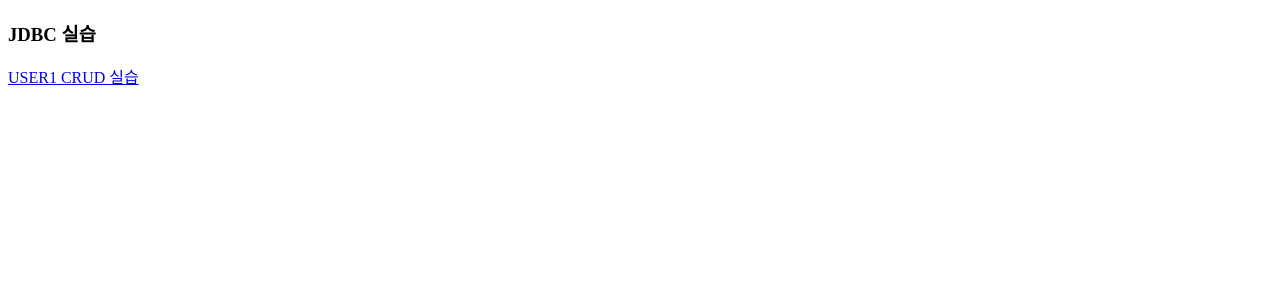
Repository: SubinCheon-95/Jsp
Page: http://localhost/ch05/jdbc.jsp
These files come from the project's save history. The page is drawn as it stood at one moment and after the next save; the edit follows.
The browser window is 1280 px wide. The pictures show the whole page.
The page is served by Tomcat 9. Other server files are loaded and not shown.

Above is the page before, as saved 2025-07-29 07:27:51.

### ch05/src/main/webapp/jdbc.jsp
<%@ page contentType="text/html; charset=UTF-8" pageEncoding="UTF-8"%>
<!DOCTYPE html>
<html>
	<head>
		<meta charset="UTF-8">
		<title>Insert title here</title>
		<!--
			날짜 : 2025/07/29
			이름 : 천수빈
			내용 : JDBC 실습하기
		-->
	</head>
	<body>
		<h3>JDBC 실습</h3>

		<a href="./user1/list.jsp">USER1 CRUD 실습</a>

	</body>
</html>

After the next save:
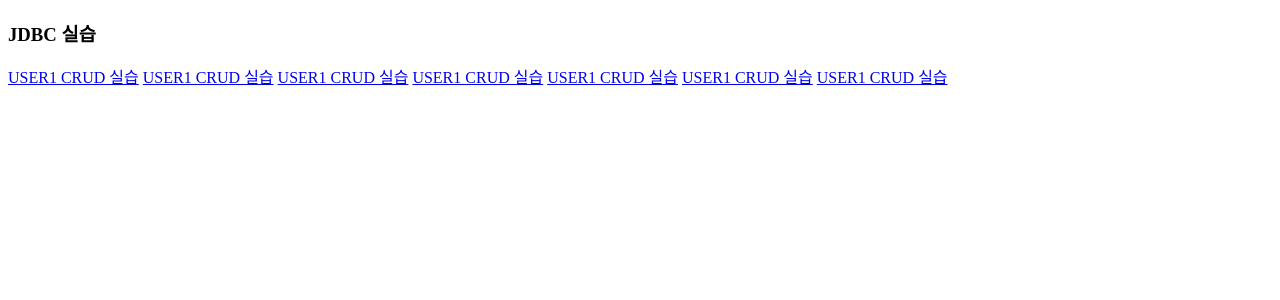
Saved 3 min 46 s later.
--- a/ch05/src/main/webapp/jdbc.jsp
+++ b/ch05/src/main/webapp/jdbc.jsp
@@ -14,6 +14,12 @@
 		<h3>JDBC 실습</h3>
 
 		<a href="./user1/list.jsp">USER1 CRUD 실습</a>
+		<a href="./user2/list.jsp">USER1 CRUD 실습</a>
+		<a href="./user3/list.jsp">USER1 CRUD 실습</a>
+		<a href="./user4/list.jsp">USER1 CRUD 실습</a>
+		<a href="./user5/list.jsp">USER1 CRUD 실습</a>
+		<a href="./user6/list.jsp">USER1 CRUD 실습</a>
+		<a href="./user7/list.jsp">USER1 CRUD 실습</a>
 
 	</body>
 </html>
